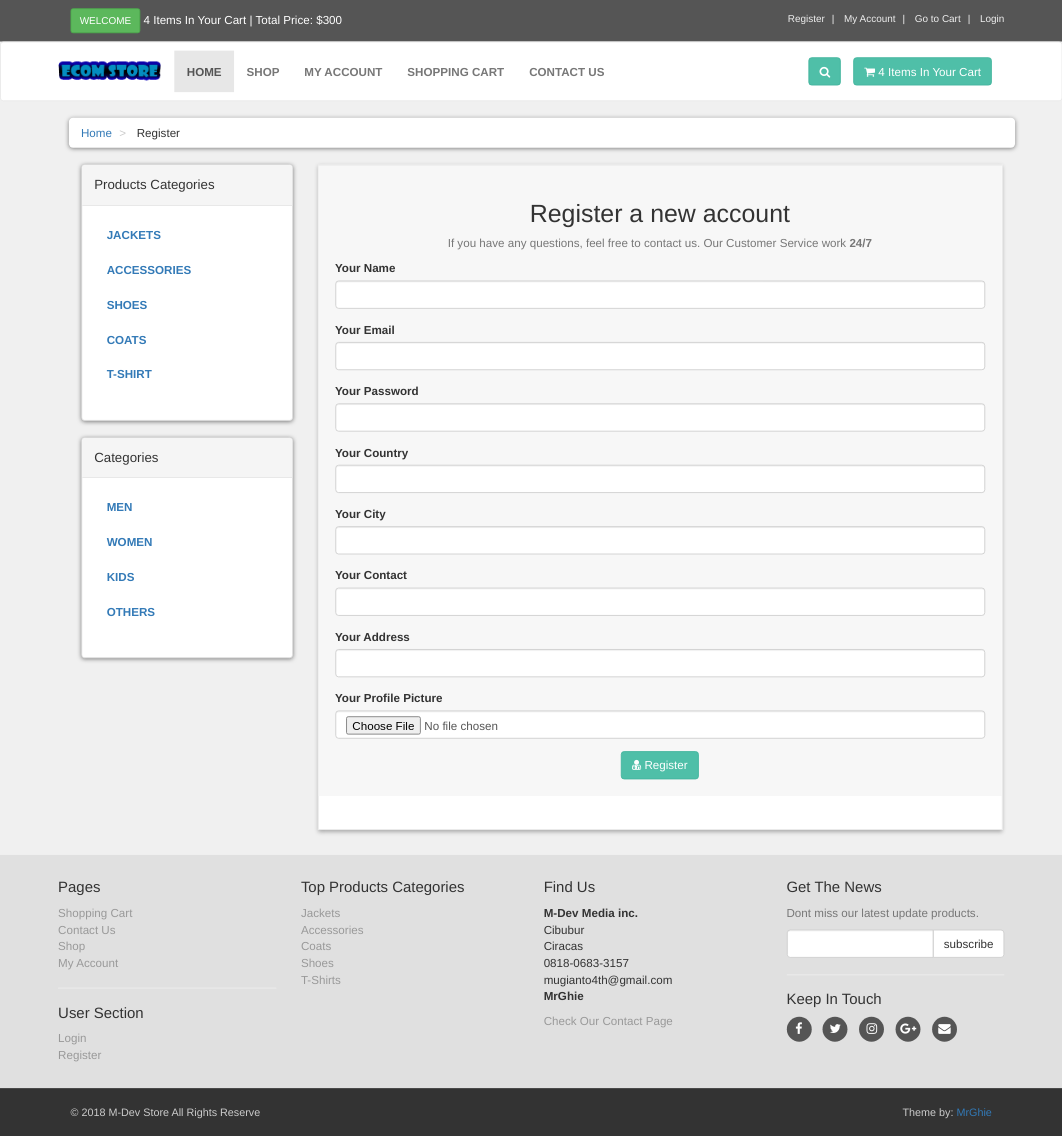
Repository: truonghuynhquy/M_Dev_Store
Page: http://localhost/customer_register.php
An editor plug-in stored every save of this project. The page is shown before and after the next save, followed by the edit.
The browser window is 1280 px wide. The pictures show the whole page, at 83% of full size.
The page is run by PHP 8.4 with error messages shown; the project is at /var/www/html/.

Above is the page before, as saved 2022-11-14 10:47:14.

### customer_register.php
<!DOCTYPE html>
<html lang="en">

<head>
    <meta charset="UTF-8">
    <meta http-equiv="X-UA-Compatible" content="IE=edge">
    <meta name="viewport" content="width=device-width, initial-scale=1.0">
    <title>M-Dev Shop</title>
    <link rel="stylesheet" href="styles/bootstrap-337.min.css">
    <link rel="stylesheet" href="styles/style.css">
    <link rel="stylesheet" href="font-awsome/css/font-awesome.min.css">
</head>

<body>
    <div id="top">
        <!--  Top:     Begin  -->

        <div class="container">
            <!--  Container:     Begin  -->
            <div class="col-md-6 offer">
                <!--  col-md-6 offer:     Begin  -->
                <a href="#" class="btn btn-success btn-sm">Welcome</a>
                <a href="checkout.php">4 Items In Your Cart | Total Price: $300</a>
            </div><!--  col-md-6:     Finish  -->

            <div class="col md-6">
                <!--  col-md-6:     Begin  -->

                <ul class="menu">
                    <!--  menu:     Begin  -->
                    <li>
                        <a href="../customer_register.php">Register</a>
                    </li>
                    <li>
                        <a href="my_account.php">My Account</a>
                    </li>
                    <li>
                        <a href="../cart.php">Go to Cart</a>
                    </li>
                    <li>
                        <a href="../checkout.php">Login</a>
                    </li>

                </ul><!--  menu:     Finish  -->

            </div><!--  col-md-6:     Finish  -->

        </div><!--  Container:     Finish  -->

    </div><!--  Top:    Finish  -->

    <div id="navbar" class="navbar navbar-default">
        <!--  navbar navbar-default:    Begin  -->

        <div class="container">
            <!--  container:    Begin  -->

            <div class="nav-header">
                <!--  nav-header:    Begin  -->

                <a href="index.php" class="navbar-brand home">
                    <!-- navbar-brand home Begin -->

                    <img src="images/ecom-store-logo.png" alt="M-dev-Store Logo" class="hidden-xs">
                    <img src="images/ecom-store-logo-mobile.png" alt="M-dev-Store Logo Mobile" class="visible-xs">

                </a><!-- navbar-brand home Finish -->

                <button class="navbar-toggle" data-toggle="collapse" data-target="#navigation">

                    <span class="sr-only">Toggle navigation</span>

                    <i class="fa fa-align-justify"></i>

                </button>

                <button class="navbar-toggle" data-toggle="collapse" data-target="#search">

                    <span class="sr-only">Toggle Search</span>

                    <i class="fa fa-search"></i>

                </button>

            </div><!--  nav-header:    Finish  -->

            <div class="collapse navbar-collapse" id="navigation">
                <!-- navbar-collapse collapse Begin -->

                <div class="padding-nav">
                    <!-- padding-nav Begin -->

                    <ul class="nav navbar-nav left">
                        <!-- nav navbar-nav left Begin -->

                        <li class="active">
                            <a href="index.php">Home</a>
                        </li>
                        <li>
                            <a href="shop.php">Shop</a>
                        </li>
                        <li>
                            <a href="checkout.php">My Account</a>
                        </li>
                        <li>
                            <a href="cart.php">Shopping Cart</a>
                        </li>
                        <li>
                            <a href="contact.php">Contact Us</a>
                        </li>

                    </ul><!-- nav navbar-nav left Finish -->

                </div><!-- padding-nav Finish -->

                <a href="cart.php" class="btn navbar-btn btn-primary right">

                    <!-- btn navbar-btn btn-primary Begin -->

                    <i class="fa fa-shopping-cart"></i>

                    <span>4 Items In Your Cart</span>

                </a><!-- btn navbar-btn btn-primary Finish -->

                <div class="navbar-collapse collapse right">
                    <!-- navbar-collapse collapse right Begin -->

                    <button class="btn btn-primary navbar-btn" type="button" data-toggle="collapse" data-target="#search">
                        <!-- btn btn-primary navbar-btn Begin -->

                        <span class="sr-only">Toggle Search</span>

                        <i class="fa fa-search"></i>

                </div><!-- navbar-collapse collapse right Finish -->

                <div class="collapse clearfix" id="search">
                    <!-- collapse clearfix Begin -->

                    <form method="get" action="results.php" class="navbar-form">
                        <!-- navbar-form Begin -->

                        <div class="input-group">
                            <!-- input-group Begin -->

                            <input type="text" class="form-control" placeholder="Search" name="user_query" required>

                            <span class="input-group-btn">
                                <!-- input-group-btn Begin -->

                                <button type="submit" name="search" value="Search" class="btn btn-primary">
                                    <!-- btn btn-primary Begin -->

                                    <i class="fa fa-search"></i>

                                </button><!-- btn btn-primary Finish -->

                            </span><!-- input-group-btn Finish -->

                        </div><!-- input-group Finish -->

                    </form><!-- navbar-form Finish -->

                </div><!-- collapse clearfix Finish -->

            </div><!-- navbar-collapse collapse Finish -->

        </div><!--  container:    Finish  -->

    </div><!--  navbar navbar-default:    Finish  -->

    <div id="content">
        <!-- #content Begin -->

        <div class="container">
            <!-- #container Begin -->

            <div class="co-md-12">
                <!-- col-md-12 Begin -->

                <ul class="breadcrumb">
                    <!-- breadcrumb Begin -->
                    <li>
                        <a href="index.html">Home</a>
                    </li>
                    <li>
                        Register
                    </li>
                </ul><!-- breadcrumb Finish -->

            </div><!-- col-md-12 Finish -->

            <div class="col-md-3">
                <!-- col-md-3 Begin -->

                <?php

                include("includes/sidebar.php");

                ?>

            </div><!-- col-md-3 Finish -->

            <div class="col-md-9">
                <!-- col-md-9 Begin -->

                <div class="box">
                    <!-- box Begin -->

                    <div class="box-header">
                        <!-- box-header Begin -->

                        <center>
                            <!-- center Begin -->

                            <h2>Register a new account</h2>

                            <p class="text-muted">

                                If you have any questions, feel free to contact us. Our Customer Service work <strong>24/7</strong>
                            </p>

                        </center><!-- center Finish -->

                        <form action="customer_register.php" method="post" enctype="multipart/form-data">
                            <!-- form Begin -->

                            <div class="form-group">
                                <!-- form-group Begin -->

                                <label>Your Name</label>

                                <input type="text" class="form-control" name="c_name" required>

                            </div><!-- form-group Finish -->

                            <div class="form-group">
                                <!-- form-group Begin -->

                                <label>Your Email</label>

                                <input type="text" class="form-control" name="c_email" required>

                            </div><!-- form-group Finish -->

                            <div class="form-group">
                                <!-- form-group Begin -->

                                <label>Your Password</label>

                                <input type="password" class="form-control" name="c_pass" required>

                            </div><!-- form-group Finish -->

                            <div class="form-group">
                                <!-- form-group Begin -->

                                <label>Your Country</label>

                                <input type="text" class="form-control" name="c_country" required>

                            </div><!-- form-group Finish -->

                            <div class="form-group">
                                <!-- form-group Begin -->

                                <label>Your City</label>

                                <input type="text" class="form-control" name="c_city" required>

                            </div><!-- form-group Finish -->

                            <div class="form-group">
                                <!-- form-group Begin -->

                                <label>Your Contact</label>

                                <input type="text" class="form-control" name="c_contact" required>

                            </div><!-- form-group Finish -->

                            <div class="form-group">
                                <!-- form-group Begin -->

                                <label>Your Address</label>

                                <input type="text" class="form-control" name="c_address" required>

                            </div><!-- form-group Finish -->

                            <div class="form-group">
                                <!-- form-group Begin -->

                                <label>Your Profile Picture</label>

                                <input type="file" class="form-control form-height-custom" name="c_image" required>

                            </div><!-- form-group Finish -->

                            <div class="text-center">
                                <!-- text-center Begin -->

                                <button type="submit" name="register" class="btn btn-primary">

                                    <i class="fa fa-user-md"></i> Register

                                </button>

                            </div><!-- text-center Finish -->

                        </form><!-- form Finish -->

                    </div><!-- box-header Finish -->

                </div><!-- box Finish -->

            </div><!-- col-md-9 Finish -->

        </div><!-- #container Finish -->

    </div><!-- #content Finish -->

    <?php

    include("includes/footer.php");

    ?>

    <script src="js/jquery-331.min.js"></script>
    <script src="js/bootstrap-337.min.js"></script>


</body>

</html>

### includes/sidebar.php
<div class="panel panel-default sidebar-menu">
    <!-- panel panel-default sidebar-menu Begin -->

    <div class="panel-heading">
        <!-- panel-heading Begin -->

        <h3 class="panel-title">Products Categories</h3>

    </div><!-- panel-heading Finish -->

    <div class="panel-body">
        <!-- panel-body Begin -->

        <ul class="nav nav-pills nav-stacked category-menu">
            <!-- nav nav-pills nav-stacked category-menu Begin -->

            <li><a href="#">Jackets</a></li>
            <li><a href="#">Accessories</a></li>
            <li><a href="#">Shoes</a></li>
            <li><a href="#">Coats</a></li>
            <li><a href="#">T-Shirt</a></li>

        </ul><!-- nav nav-pills nav-stacked category-menu Finish -->

    </div><!-- panel-body Finish -->

</div><!-- panel panel-default sidebar-menu Finish -->

<div class="panel panel-default sidebar-menu">
    <!-- panel panel-default sidebar-menu Begin -->

    <div class="panel-heading">
        <!-- panel-heading Begin -->

        <h3 class="panel-title">Categories</h3>

    </div><!-- panel-heading Finish -->

    <div class="panel-body">
        <!-- panel-body Begin -->

        <ul class="nav nav-pills nav-stacked category-menu">
            <!-- nav nav-pills nav-stacked category-menu Begin -->

            <li><a href="#">Men</a></li>
            <li><a href="#">Women</a></li>
            <li><a href="#">Kids</a></li>
            <li><a href="#">Others</a></li>

        </ul><!-- nav nav-pills nav-stacked category-menu Finish -->

    </div><!-- panel-body Finish -->

</div><!-- panel panel-default sidebar-menu Finish -->

Loaded but not shown: styles/bootstrap-337.min.css (library); font-awsome/css/font-awesome.min.css (library); js/jquery-331.min.js (library); js/bootstrap-337.min.js (library); styles/style.css (391 lines, source omitted); includes/footer.php (135 lines, source omitted)

After the next save:
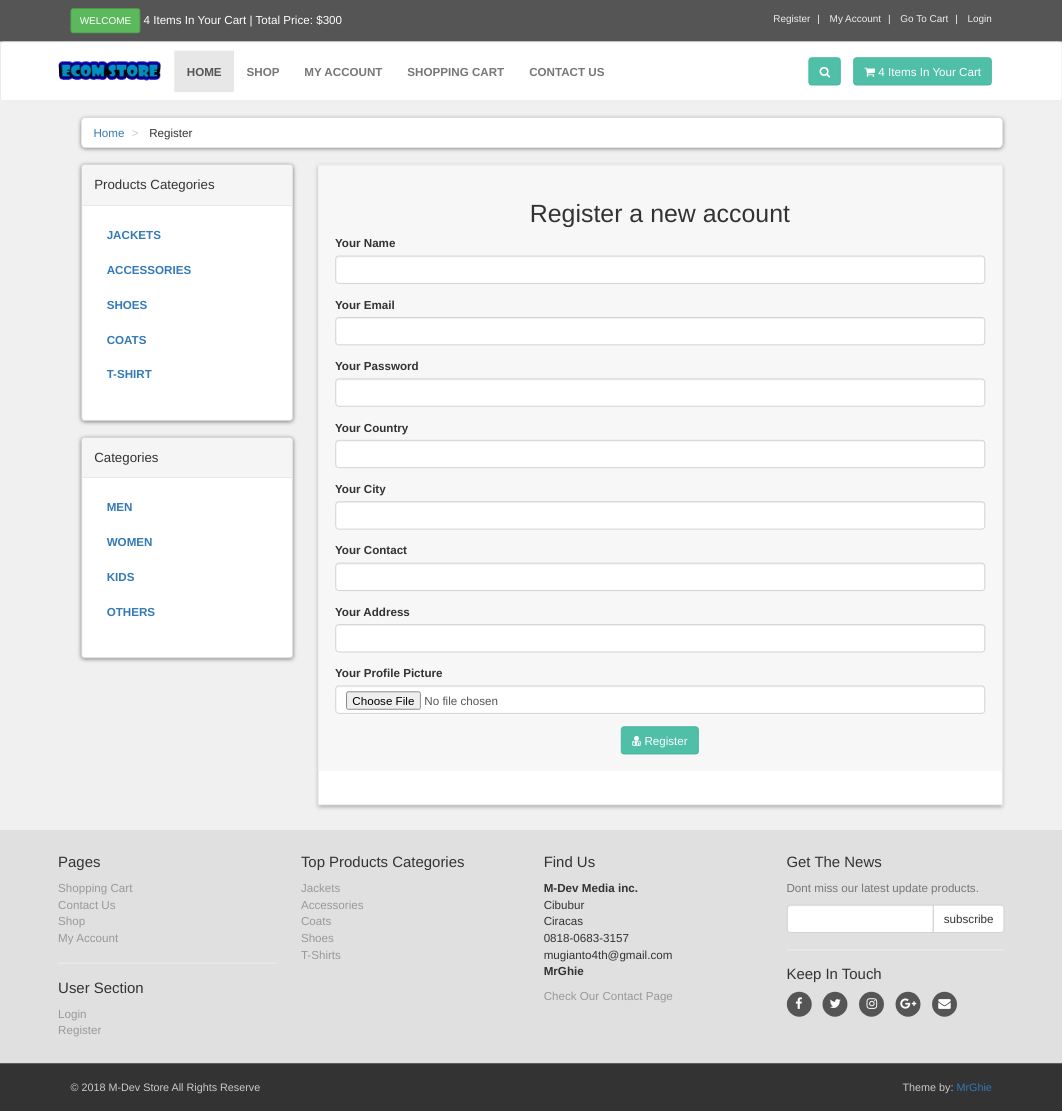
Saved 15 s later.
--- a/customer_register.php
+++ b/customer_register.php
@@ -3,60 +3,64 @@
 
 <head>
     <meta charset="UTF-8">
-    <meta http-equiv="X-UA-Compatible" content="IE=edge">
-    <meta name="viewport" content="width=device-width, initial-scale=1.0">
-    <title>M-Dev Shop</title>
+    <meta name="viewport" content="width=device-width, initial-scale=1">
+    <title>M-Dev Store</title>
     <link rel="stylesheet" href="styles/bootstrap-337.min.css">
+    <link rel="stylesheet" href="font-awsome/css/font-awesome.min.css">
     <link rel="stylesheet" href="styles/style.css">
-    <link rel="stylesheet" href="font-awsome/css/font-awesome.min.css">
 </head>
 
 <body>
+
     <div id="top">
-        <!--  Top:     Begin  -->
+        <!-- Top Begin -->
 
         <div class="container">
-            <!--  Container:     Begin  -->
+            <!-- container Begin -->
+
             <div class="col-md-6 offer">
-                <!--  col-md-6 offer:     Begin  -->
+                <!-- col-md-6 offer Begin -->
+
                 <a href="#" class="btn btn-success btn-sm">Welcome</a>
-                <a href="checkout.php">4 Items In Your Cart | Total Price: $300</a>
-            </div><!--  col-md-6:     Finish  -->
-
-            <div class="col md-6">
-                <!--  col-md-6:     Begin  -->
+                <a href="checkout.php">4 Items In Your Cart | Total Price: $300 </a>
+
+            </div><!-- col-md-6 offer Finish -->
+
+            <div class="col-md-6">
+                <!-- col-md-6 Begin -->
 
                 <ul class="menu">
-                    <!--  menu:     Begin  -->
-                    <li>
-                        <a href="../customer_register.php">Register</a>
-                    </li>
-                    <li>
-                        <a href="my_account.php">My Account</a>
-                    </li>
-                    <li>
-                        <a href="../cart.php">Go to Cart</a>
-                    </li>
-                    <li>
-                        <a href="../checkout.php">Login</a>
-                    </li>
-
-                </ul><!--  menu:     Finish  -->
-
-            </div><!--  col-md-6:     Finish  -->
-
-        </div><!--  Container:     Finish  -->
-
-    </div><!--  Top:    Finish  -->
+                    <!-- cmenu Begin -->
+
+                    <li>
+                        <a href="customer_register.php">Register</a>
+                    </li>
+                    <li>
+                        <a href="customer/my_account.php">My Account</a>
+                    </li>
+                    <li>
+                        <a href="cart.php">Go To Cart</a>
+                    </li>
+                    <li>
+                        <a href="checkout.php">Login</a>
+                    </li>
+
+                </ul><!-- menu Finish -->
+
+            </div><!-- col-md-6 Finish -->
+
+        </div><!-- container Finish -->
+
+    </div><!-- Top Finish -->
 
     <div id="navbar" class="navbar navbar-default">
-        <!--  navbar navbar-default:    Begin  -->
+        <!-- navbar navbar-default Begin -->
 
         <div class="container">
-            <!--  container:    Begin  -->
-
-            <div class="nav-header">
-                <!--  nav-header:    Begin  -->
+            <!-- container Begin -->
+
+            <div class="navbar-header">
+                <!-- navbar-header Begin -->
 
                 <a href="index.php" class="navbar-brand home">
                     <!-- navbar-brand home Begin -->
@@ -68,7 +72,7 @@
 
                 <button class="navbar-toggle" data-toggle="collapse" data-target="#navigation">
 
-                    <span class="sr-only">Toggle navigation</span>
+                    <span class="sr-only">Toggle Navigation</span>
 
                     <i class="fa fa-align-justify"></i>
 
@@ -82,9 +86,9 @@
 
                 </button>
 
-            </div><!--  nav-header:    Finish  -->
-
-            <div class="collapse navbar-collapse" id="navigation">
+            </div><!-- navbar-header Finish -->
+
+            <div class="navbar-collapse collapse" id="navigation">
                 <!-- navbar-collapse collapse Begin -->
 
                 <div class="padding-nav">
@@ -100,7 +104,7 @@
                             <a href="shop.php">Shop</a>
                         </li>
                         <li>
-                            <a href="checkout.php">My Account</a>
+                            <a href="customer/my_account.php">My Account</a>
                         </li>
                         <li>
                             <a href="cart.php">Shopping Cart</a>
@@ -114,7 +118,6 @@
                 </div><!-- padding-nav Finish -->
 
                 <a href="cart.php" class="btn navbar-btn btn-primary right">
-
                     <!-- btn navbar-btn btn-primary Begin -->
 
                     <i class="fa fa-shopping-cart"></i>
@@ -133,6 +136,8 @@
 
                         <i class="fa fa-search"></i>
 
+                    </button><!-- btn btn-primary navbar-btn Finish -->
+
                 </div><!-- navbar-collapse collapse right Finish -->
 
                 <div class="collapse clearfix" id="search">
@@ -166,23 +171,21 @@
 
             </div><!-- navbar-collapse collapse Finish -->
 
-        </div><!--  container:    Finish  -->
-
-    </div><!--  navbar navbar-default:    Finish  -->
+        </div><!-- container Finish -->
+
+    </div><!-- navbar navbar-default Finish -->
 
     <div id="content">
         <!-- #content Begin -->
-
         <div class="container">
-            <!-- #container Begin -->
-
-            <div class="co-md-12">
+            <!-- container Begin -->
+            <div class="col-md-12">
                 <!-- col-md-12 Begin -->
 
                 <ul class="breadcrumb">
                     <!-- breadcrumb Begin -->
                     <li>
-                        <a href="index.html">Home</a>
+                        <a href="index.php">Home</a>
                     </li>
                     <li>
                         Register
@@ -214,12 +217,7 @@
                         <center>
                             <!-- center Begin -->
 
-                            <h2>Register a new account</h2>
-
-                            <p class="text-muted">
-
-                                If you have any questions, feel free to contact us. Our Customer Service work <strong>24/7</strong>
-                            </p>
+                            <h2> Register a new account </h2>
 
                         </center><!-- center Finish -->
 
@@ -317,8 +315,7 @@
 
             </div><!-- col-md-9 Finish -->
 
-        </div><!-- #container Finish -->
-
+        </div><!-- container Finish -->
     </div><!-- #content Finish -->
 
     <?php
